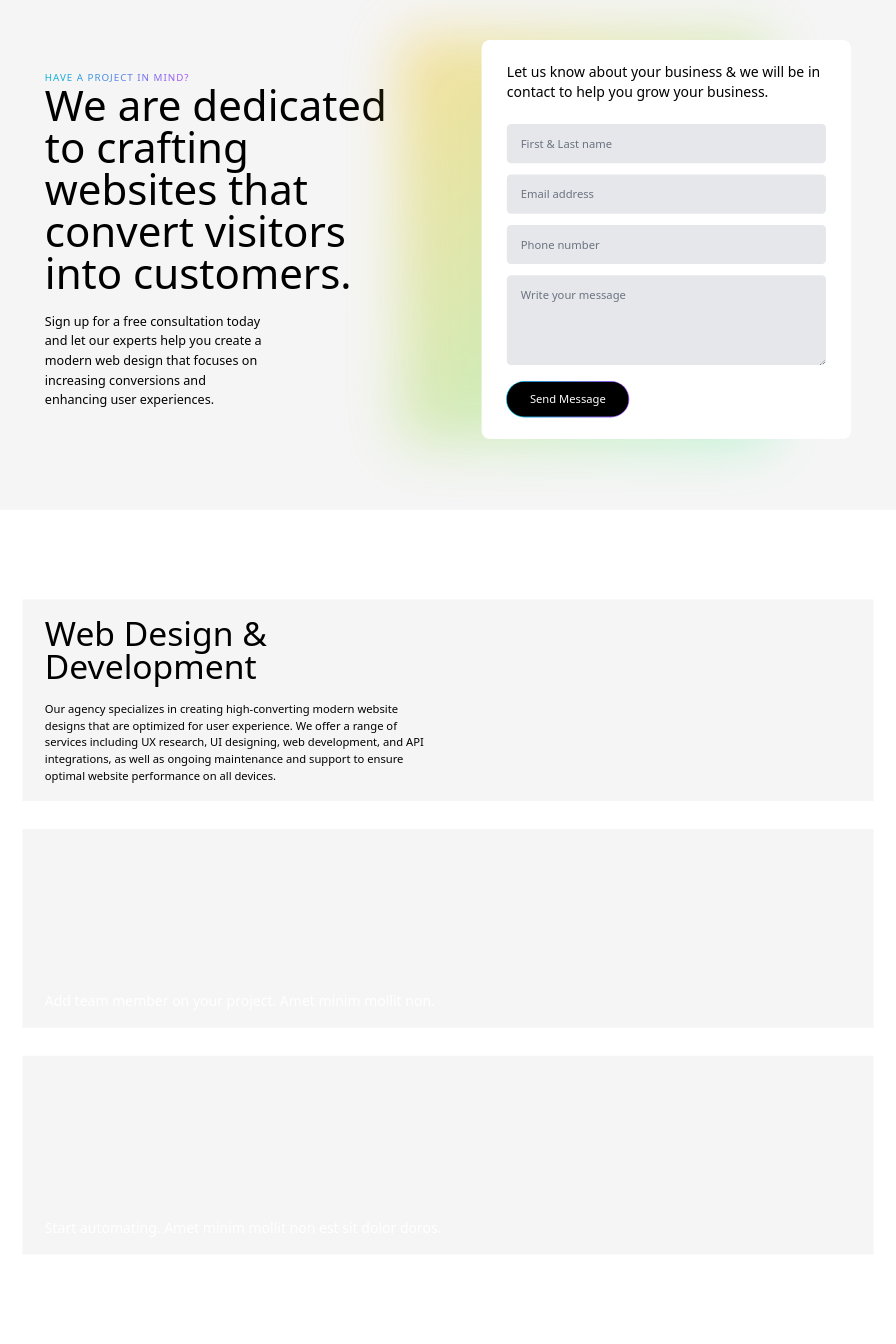
Repository: ornelasedward/mired_website
Page: /
An editor plug-in stored every save of this project. The page is shown before and after the next save, followed by the edit.
The browser window is 1280 px wide. The pictures show the part of the page from y = 1306 to 3226 px (the page is 3226 px tall), at 70% of full size.
The project was rebuilt for these pictures with package versions that can differ from the ones it lists, and the page was loaded fresh each time. The framework's server and built-in components were replaced by stand-ins that run in the browser. Also part of the build but not shown: next.config.js.

Above is the page before, as saved 2023-03-28 19:55:09.

After the next save:
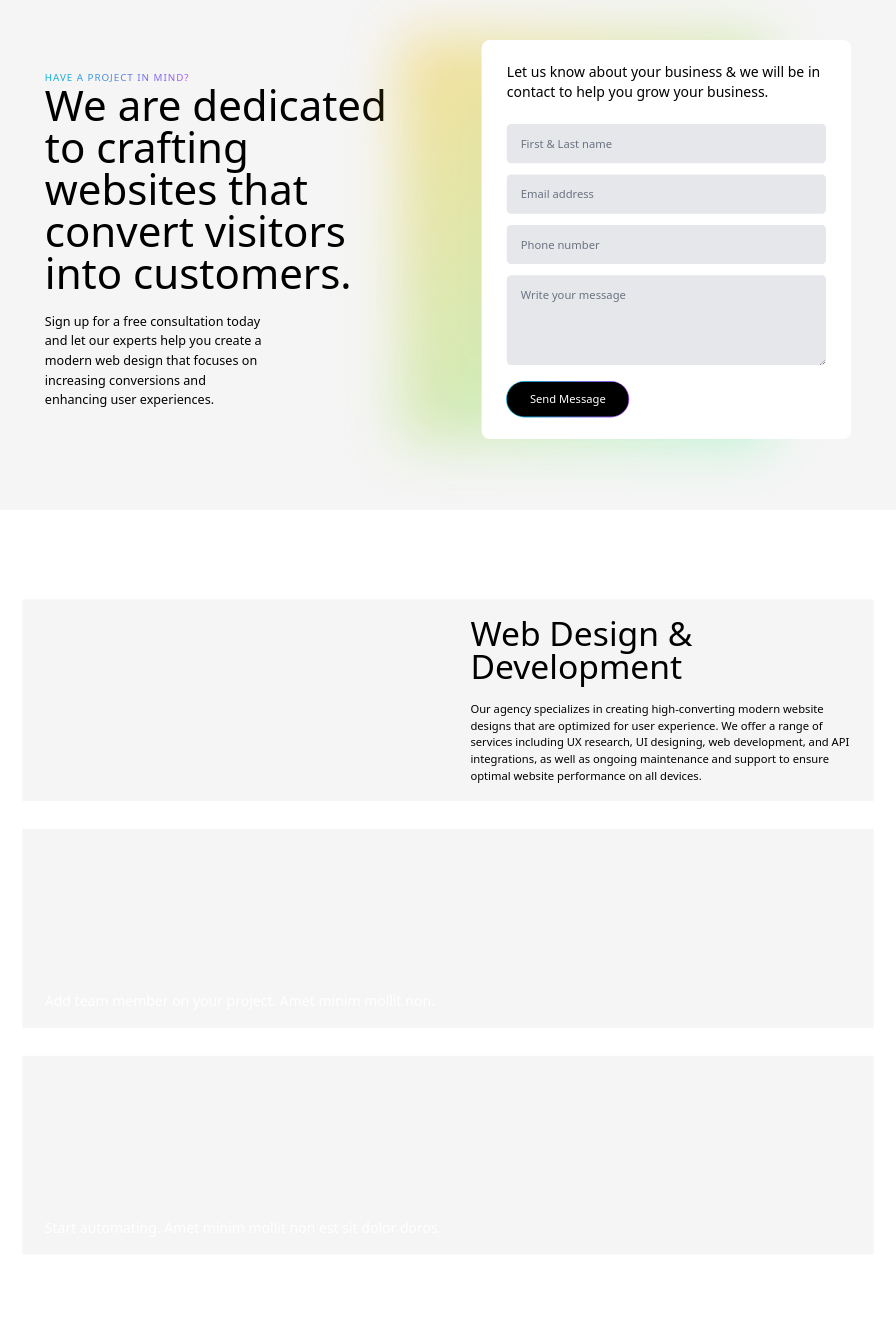
Saved 26 s later.
--- a/components/Services.tsx
+++ b/components/Services.tsx
@@ -7,6 +7,9 @@
         <div className="grid grid-cols-1 gap-10 py-32">
           <div className="bg-[#F5F5F5]">
             <div className="grid grid-cols-2">
+              <div>
+                <Image />
+              </div>
               <div className="p-6 sm:px-8 flex flex-col gap-6">
                 <h1 className="text-5xl font-normal text-black">
                   Web Design & Development
